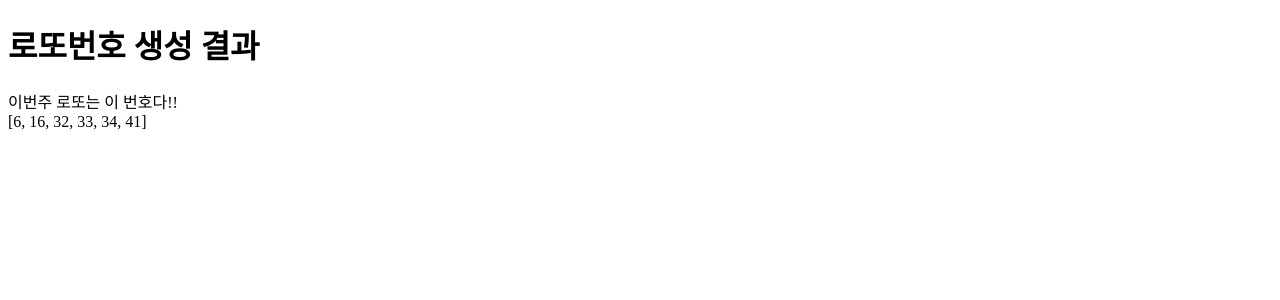
Repository: eun-chongzzz/jsp_practice
Page: http://localhost/JSPBasic/jspTag/TagQ03.jsp
The author's editor kept a copy of each file at every save. The page is drawn from the files as they stood at one save, then again after the next save.
The browser window is 1280 px wide. The pictures show the whole page.
The page is served by Tomcat 9.

Above is the page before, as saved 2022-02-03 01:48:40.

### JSPBasic/src/main/webapp/jspTag/TagQ03.jsp
<%@ page import="java.util.*"%>
<%@ page language="java" contentType="text/html; charset=UTF-8"
    pageEncoding="UTF-8"%>
<!DOCTYPE html>
<html>
<head>
<meta charset="UTF-8">
<title>Insert title here</title>
</head>
<body>
	<h1>로또번호 생성 결과</h1>
	<p>이번주 로또는 이 번호다!!<br>
	<%
	List<Integer> lotto = new ArrayList<>();
	while(true) {
		int rn = (int)(Math.random() * 45) + 1;
		// contains(): 리스트 내부에 해당 객체가 존재하면 true
		if(!lotto.contains(rn)){
			lotto.add(rn);
		}
		if(lotto.size() == 6) {
			break;
		}
	}
	// 리스트의 오름차 정렬방법
	Collections.sort(lotto);
	%>
	<%=lotto %>
	</p>
</body>
</html>

After the next save:
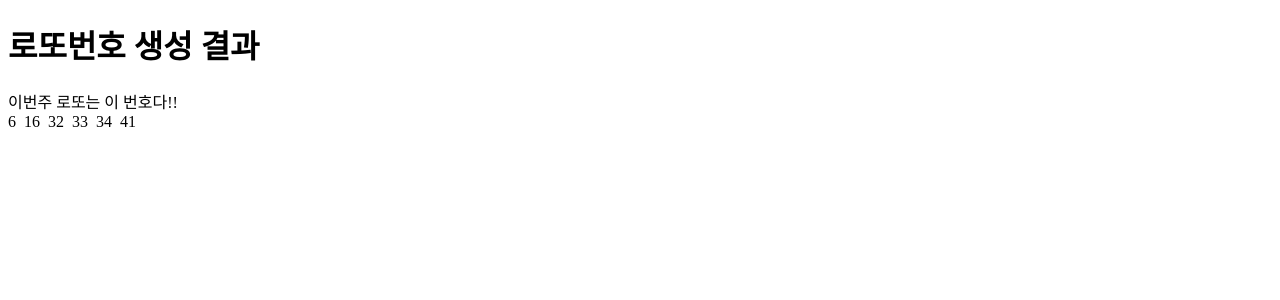
Saved 2 min 23 s later.
--- a/JSPBasic/src/main/webapp/jspTag/TagQ03.jsp
+++ b/JSPBasic/src/main/webapp/jspTag/TagQ03.jsp
@@ -24,8 +24,14 @@
 	}
 	// 리스트의 오름차 정렬방법
 	Collections.sort(lotto);
+
+	for (Integer num : lotto){
+		out.println(num + "&nbsp;");
+		Thread.sleep(700); //CPU를 잠시 멈추는 메서드
+		out.flush(); //브라우저의 출력 버퍼를 비우는 메서드.
+	}
 	%>
-	<%=lotto %>
+
 	</p>
 </body>
 </html>
